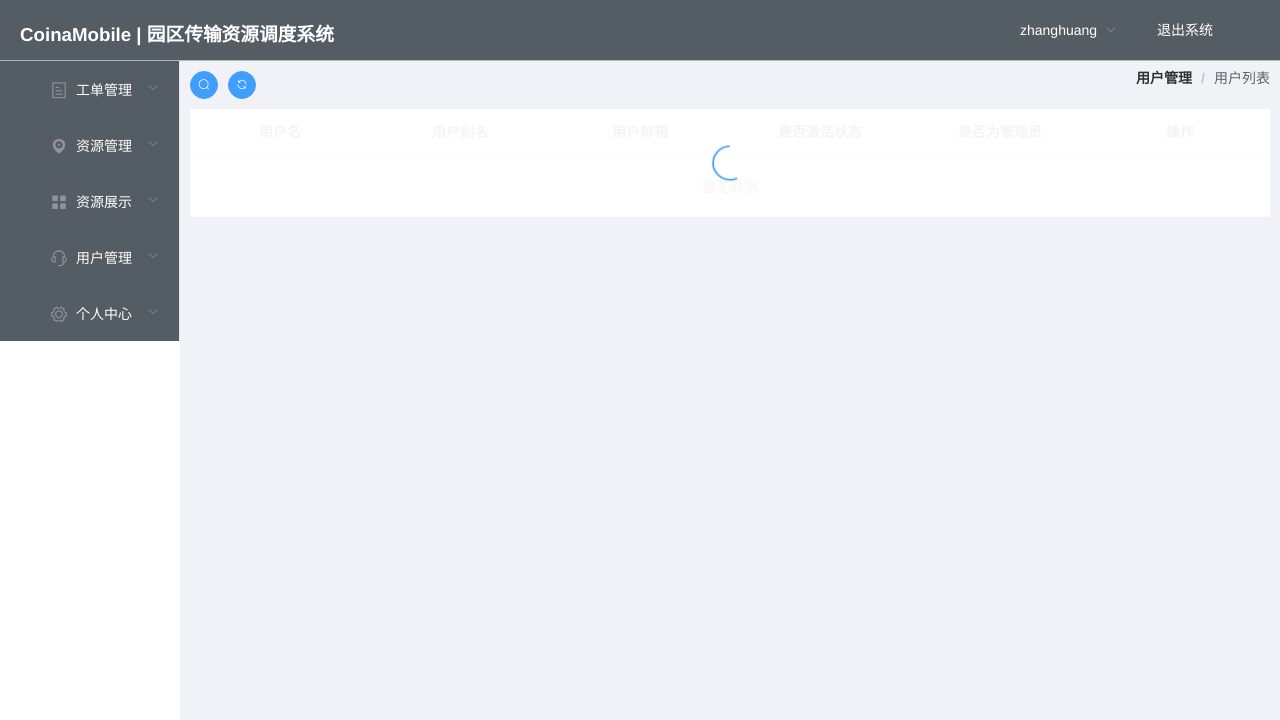
Repository: LezBaishi/yqpass
Page: /#/3 (app in yqpass-v1.5/frontend/)
The author's editor kept a copy of each file at every save. The page is drawn from the files as they stood at one save, then again after the next save.
The browser window is 1280 px wide. The pictures show the whole page.
The page's requests for data from a server got no answer. The project was rebuilt for these pictures with package versions that can differ from the ones it lists, and the page was loaded fresh each time. No one was signed in, and anything a server would have sent is missing. Also part of the build but not shown: yqpass-v1.5/frontend/src/components/OrderlistNew.vue, yqpass-v1.5/frontend/src/components/OrderDetailUnfinished.vue, yqpass-v1.5/frontend/src/components/OrderlistUnfinished.vue, yqpass-v1.5/frontend/src/components/OrderDetailCompleted.vue, yqpass-v1.5/frontend/src/components/OrderlistCompleted.vue, yqpass-v1.5/frontend/src/components/Orderlist.vue, yqpass-v1.5/frontend/src/components/ResCableDetail.vue, yqpass-v1.5/frontend/src/components/ResCable.vue and 13 more.

Above is the page before, as saved 2018-10-21 17:57:27.

### yqpass-v1.5/frontend/index.html
<!DOCTYPE html>
<html>
  <head>
    <meta charset="utf-8">
    <meta name="viewport" content="width=device-width,initial-scale=1.0">
    <title>zhang</title>
  </head>
  <body>
    <div id="app"></div>
    <!-- built files will be auto injected -->
  </body>
</html>

### yqpass-v1.5/frontend/src/main.js
// The Vue build version to load with the `import` command
// (runtime-only or standalone) has been set in webpack.base.conf with an alias.
import Vue from 'vue'
import App from './App'
import router from './router'
import ElementUI from 'element-ui'
import 'element-ui/lib/theme-chalk/index.css'
import $ from 'jquery'
import store from './store/store'

import './axios/'
import Axios from 'axios'
Axios.defaults.withCredentials = true
Vue.prototype.$http = Axios


Vue.use(ElementUI)
Vue.config.productionTip = false

/* eslint-disable no-new */
new Vue({
  el: '#app',
  store,
  router,
  components: { App },
  template: '<App/>'
})

### yqpass-v1.5/frontend/src/store/store.js
// The Vue build version to load with the `import` command
// (runtime-only or standalone) has been set in webpack.base.conf with an alias.
import Vue from 'vue'
import Vuex from 'vuex'

import mutations from './mutations';
import * as actions from './actions';
import * as getters from './getters';

Vue.use(Vuex);

import cookie from '../static/js/cookie'

const userInfo = {
	name:cookie.getCookie('name')||'',
	token:cookie.getCookie('token')||''
}

const state = {
	userInfo
}

export default new Vuex.Store({
	state,
	mutations,
	actions,
	getters
});

### yqpass-v1.5/frontend/src/components/Layout.vue
<template lang="html">
  <el-row class="panel">
    <el-row class="top">
      <el-col :span='24' class="panel-top">
        <el-col style="width:480px; padding-left:20px; height: 100%;align-items: flex-end;">
          <!-- <img src="../assets/logo1.png"  alt="log" class="img" /> -->
          <h3 style="color:#ffffff;">{{ msg }}</h3>
        </el-col>
        <el-col class='rightbar'>
          <el-menu mode="horizontal" @select="handleSelect" background-color="#545c64" text-color="#fff" active-text-color="#ffd04b">
            <el-submenu>
              <template slot="title">zhanghuang</template>
              <el-menu-item index="1">个人中心</el-menu-item>
            </el-submenu>
            <el-menu-item index="2">退出系统</el-menu-item>
          </el-menu>
            <!-- <el-dropdown trigger="click"  placement="bottom-end" v-if="userInfo.name">
            <span class="el-dropdown-link" v-model="name" style="cursor: pointer;font-weight:700l;font-size:15px;">
              欢迎您： {{userInfo.name}}<i class="el-icon-caret-bottom el-icon--right"></i>
            </span>
            <el-dropdown-menu slot="dropdown">
              <el-dropdown-item @click.native="toPersonCenter">个人中心</el-dropdown-item>
              <el-dropdown-item @click.native="toLogin">退出登录</el-dropdown-item>
            </el-dropdown-menu>
          </el-dropdown>
          <el-dropdown trigger="click" placement="top" v-else>
            <span class="el-dropdown-link" v-model="name" style="cursor: pointer;font-weight:700l;font-size:15px;">
              您好，请先登录<i class="el-icon-caret-bottom el-icon--right"></i>
            </span>
            <el-dropdown-menu slot="dropdown">
              <el-dropdown-item @click.native="firstLogin">前往登录</el-dropdown-item>
              <el-dropdown-item @click.native="firstRes">前往注册</el-dropdown-item>
            </el-dropdown-menu>
          </el-dropdown>             -->
        </el-col>
      </el-col>
    </el-row>
    <!-- <el-row class="top-nav">
      <el-col :span=10 :push="3">
          <el-tabs v-model="activeName" :stretch="true" @tab-click="handleClick" type="border-card">
          	<el-tab-pane v-for="(item, index) in label_list" :key="index" :label="item.title" :name="index">{{ item.title }}</el-tab-pane>
          </el-tabs>
      </el-col>
    </el-row> -->
    <!-- <el-row class="panel-center">
      <router-view></router-view>
    </el-row>
  </el-row> -->
  <el-row class="sidebar">
    	<el-col>
        <el-menu router default-active="2" @open="handleOpen" @close="handleClose" background-color="#545c64" text-color="#fff" active-text-color="#ffd04b">
          <el-submenu index="1">
            <template slot="title">
              <i class="el-icon-tickets"></i>
              <span>工单管理</span>
            </template>
            <el-menu-item index="/0/orderNew">新建工单</el-menu-item>
            <el-menu-item index="/0/orderUnfinished">待办工单</el-menu-item>
            <el-menu-item index="/0/orderCompleted">已办工单</el-menu-item>
          </el-submenu>
          <el-submenu index="2">
            <template slot="title">
              <i class="el-icon-location"></i>
              <span>资源管理</span>
            </template>
            <el-menu-item index="/1/resCable">光缆总表</el-menu-item>
            <el-menu-item index="/1/resCircuit">已用电路</el-menu-item>
          </el-submenu>
          <el-submenu index="3">
            <template slot="title">
              <i class="el-icon-menu"></i>
              <span>资源展示</span>
            </template>
          </el-submenu>
          <el-submenu index="4">
            <template slot="title">
              <i class="el-icon-service"></i>
              <span>用户管理</span>
            </template>
            <el-menu-item index="/3/userList">用户列表</el-menu-item>
            <el-menu-item index="/3/roleList">角色列表</el-menu-item>
            <el-menu-item index="/3/deptList">部门列表</el-menu-item>
          </el-submenu>
          <el-submenu index="5">
            <template slot="title">
              <i class="el-icon-setting"></i>
              <span>个人中心</span>
            </template>
            <el-menu-item index="/personcenter/infor">个人信息</el-menu-item>
            <el-menu-item index="/personcenter/changepass">修改密码</el-menu-item>
          </el-submenu>
        </el-menu>
      </el-col>
    </el-row>
    <el-row class="panel-c-c">
      <el-col>
      	<router-view></router-view>
      </el-col>
    </el-row>
    </el-row>
  </div>
</template>

<script>
import Orderlist from '../components/Orderlist'
import Resmanagement from '../components/Resmanagement'
import PersonCenter from '@/components/PersonCenter'
import { logout,getUserDetail } from '../api/api'
import { mapGetters } from 'vuex';
export default {
  components: {
  	Orderlist,
  	Resmanagement,
  	PersonCenter
  },
  data () {
    return {
      activeName: '0',
      msg: 'CoinaMobile | 园区传输资源调度系统',
      label_list: [
        {
          title: '工单管理',
        },
        {
          title: '资源管理',
        },
        {
          title: '资源展示',
        },
        {
          title: '用户管理',
        }
      ]
    }
  },
  computed: {
  	...mapGetters({
  		userInfo: 'userInfo'
  	})
  },
  methods: {
    handleClick (tab, event) {
      console.log(tab, event);
      let urlStr = '/' + this.activeName;
      this.$router.push(urlStr);
    },
    toPersonCenter () {
	  	  getUserDetail({}).then((response)=> {
	  		if (response.data.code == 1) {
	  			this.$router.push({path: '/personcenter'})
	  		}else{
	  			return response.data.msg
	  		}
	  	})
    },
    handleSelect(key, keyPath) {
      console.log(key, keyPath);
      if (key == 1) {
        getUserDetail({}).then((response)=> {
	  		if (response.data.code == 1) {
	  			this.$router.push({path: '/personcenter'})
	  		}else{
	  			return response.data.msg
	  		}
	  	})
      }
      if (key == 2) {
        this.$confirm('是否确定退出系统', '提示', {
    		confirmButtonText: '确定',
    		cancelButtonText: '取消',
    		type: 'warning'
    	}).then(() => {
		  	  logout({}).then((response)=> {
		  		console.log(response);
		  		if (response.data.code == 1) {
    				this.$router.push({path: '/login'})
		  		}else{
		  			return response.data.msg
		  		}
		  	})
    	}).catch(() => {
    	});
      }
    },
    toLogin () {
    	this.$confirm('是否确定退出系统', '提示', {
    		confirmButtonText: '确定',
    		cancelButtonText: '取消',
    		type: 'warning'
    	}).then(() => {
		  	  logout({}).then((response)=> {
		  		console.log(response);
		  		if (response.data.code == 1) {
    				this.$router.push({path: '/login'})
		  		}else{
		  			return response.data.msg
		  		}
		  	})
    	}).catch(() => {

    	});
    },
    firstLogin () {
    	this.$router.push({path: '/login'})
    },
    firstRes () {
    	this.$router.push({path: '/reg'})
    }
  }
}
</script>

<!-- Add "scoped" attribute to limit CSS to this component only -->
<style lang="css" scoped>
.panel {
  position:absolute;
  top:0;
  bottom: 5px;
  left: 0;
  right: 0;
  background:#ffffff;
}
.panel-top {
  display: flex;
  justify-content: space-between;
  height: 60px;
  background: #545c64;
  /* color: #c0ccda; */
  text-align: left;
  /* padding-left: 70px; */
}
.img{
  height:60px;
  left:0px;
  top:0px;
}
.rightbar {
  width: 280px;
  /* text-align: right; */
  /* padding-right: 20px; */
  /* line-height:50px; */
  /* align-items: center; */
  /* justify-content: flex-end; */
}
.top-nav {
	height: 40px;
}
.panel-center {
  background: #545c64;
  position: absolute;
  top: 60px;
  bottom: 0px;
  width: 100%;
  margin: auto 0;
    /*最外层要hidden*/
    /*这是行，绝对定位之后没有宽度因此必须设置width*/
}
.breadcrumb {
  margin-bottom: 10px;
}
.button_nav {
  margin-bottom: 10px;
}
.sidebar {
	position: fixed;
  top: 60px;
  bottom: 0px;
  left: 0px;
  width: 180px;
  border-top: 1px solid RGBA(178,184,190,1);
  z-index: 2000;
  overflow-x: scroll;
}
/* .el-menu-item {
  height: 100px;
  line-height: 50px;
  padding: 0 45px;
  min-width: 200px;
  font-size: 14px;
} */
.panel-c-c {
    /*这是列，因为已经有了列的宽度因此无需设置width*/
  background: #f1f2f7;
  position: fixed;
  top: 60px;
  bottom: 0px;
  left: 180px;
  right: 0px;
  border-top: 1px solid RGBA(178,184,190,1);
  overflow-y: scroll;
    /*内层设置滚动*/
  padding: 10px;
}
</style>

### yqpass-v1.5/frontend/src/components/Usermanagement.vue
<template lang="html">
  <div>
  	<el-row class="sidebar">
  	<el-col>
        <!-- <el-menu router :default-active="$route.path" theme="dark">
          <el-submenu>
            <template slot="title">用户管理</template>
            <el-menu-item index="/3/userList">用户列表</el-menu-item>
            <el-menu-item index="/3/roleList">角色列表</el-menu-item>
            <el-menu-item index="/3/deptList">部门列表</el-menu-item>
          </el-submenu>
        </el-menu> -->
        <el-menu router default-active="2" class="el-menu-vertical-demo" @open="handleOpen" @close="handleClose" background-color="#545c64" text-color="#fff" active-text-color="#ffd04b">
            <el-submenu index="1">
              <template slot="title">
                <i class="el-icon-tickets"></i>
                <span>工单管理</span>
              </template>
              <el-menu-item index="/0/orderNew">新建工单</el-menu-item>
              <el-menu-item index="/0/orderUnfinished">待办工单</el-menu-item>
              <el-menu-item index="/0/orderCompleted">已办工单</el-menu-item>
            </el-submenu>
            <el-submenu index="2">
              <template slot="title">
                <i class="el-icon-location"></i>
                <span>资源管理</span>
              </template>
              <el-menu-item index="/1/resCable">光缆总表</el-menu-item>
              <el-menu-item index="/1/resCircuit">已用电路</el-menu-item>
            </el-submenu>
            <el-submenu index="3">
              <template slot="title">
                <i class="el-icon-menu"></i>
                <span>资源展示</span>
              </template>
            </el-submenu>
            <el-submenu index="4">
              <template slot="title">
                <i class="el-icon-service"></i>
                <span>用户管理</span>
              </template>
              <el-menu-item index="/3/userList">用户列表</el-menu-item>
              <el-menu-item index="/3/roleList">角色列表</el-menu-item>
              <el-menu-item index="/3/deptList">部门列表</el-menu-item>
            </el-submenu>
            <el-submenu index="5">
              <template slot="title">
                <i class="el-icon-setting"></i>
                <span>个人中心</span>
              </template>
              <el-menu-item index="/personcenter/infor">个人信息</el-menu-item>
              <el-menu-item index="/personcenter/changepass">修改密码</el-menu-item>
            </el-submenu>
          </el-menu>
      </el-col>
    </el-row>
    <el-row class="panel-c-c">
      <el-col>
      	<router-view></router-view>
      </el-col>
    </el-row>
  </div>
</template>

<script>
import UserList from '../components/UserList'
import RoleList from '../components/RoleList'
import DeptList from '../components/DeptList'
export default {
  components: {
  	UserList,
  	RoleList,
  	DeptList
  },
  data () {
    return {

    }
  },
  methods: {

  }
}
</script>

<!-- Add "scoped" attribute to limit CSS to this component only -->
<style lang="css" scoped>
.container {
	position: absolute;
  	height: 100%;
  	width: 100%;
}
.sidebar {
	position: fixed;
  top: 60px;
  bottom: 0px;
  left: 0px;
  width: 180px;
  border-top: 1px solid RGBA(178,184,190,1);
  z-index: 2000;
  overflow-x: scroll;
  /* height: 100%;
  width: 100%; */
  /* display: flex; */
  /* flex: 1; */
}
.panel-c-c {
    /*这是列，因为已经有了列的宽度因此无需设置width*/
  background: #f1f2f7;
  position: fixed;
  top: 60px;
  bottom: 0px;
  left: 180px;
  right: 0px;
  /* width: 100%; */
  border-top: 1px solid RGBA(178,184,190,1);
  /* position: relative;
  margin-top: 80px;
  margin-left: 180px;
  margin: auto; */
  /* height: calc(100% - 60px);
  top: 0px;
  bottom: 0px; */
  /* height: 100%; */
  overflow-y: scroll;
    /*内层设置滚动*/
  padding: 10px;
}
</style>

### yqpass-v1.5/frontend/src/components/UserList.vue
<template lang="html">
  <div>
  	<el-row class="container">
      	<el-row v-if="seen" class="order_menu">
      		<el-form ref="search_form" :model="search_form" label-width="80px">
       		<el-row>
       			<h2 style="font-size:22px;">搜索用户</h2>
      			<el-col :offset="3" :span="8">
      				<el-form-item label="用户名" prop="userName">
      					<el-input v-model="search_form.userName" placeholder="请输入用户名" clearable></el-input>
      				</el-form-item>
      			</el-col>
      			<el-col :push="2" :span="8">
      				<el-form-item label="用户邮箱" prop="userEmail">
      					<el-input v-model="search_form.userEmail" placeholder="请输入用户邮箱" clearable></el-input>
      				</el-form-item>
      			</el-col>
	      	</el-row>
	      	<el-row>
	      		<el-col :offset="3" :span="8">
	      			<el-form-item label="用户别名" prop="userAlias">
	      				<el-input v-model="search_form.userAlias" placeholder="请输入用户别名" clearable></el-input>
	      			</el-form-item>
	      		</el-col>
	      		<el-col :push="2" :span="8">
	      			<el-form-item label="用户类型" prop="userCate">
	      				<el-select v-model="search_form.userCate" placeholder="请选择用户类型" style="width:100%;">
	      					<el-option label="所有用户" name="type" value="all"></el-option>
							<el-option label="一般用户" name="type" value="general"></el-option>
							<el-option label="管理用户" name="type" value="admin"></el-option>
	      				</el-select>
	      			</el-form-item>
	      		</el-col>
	      	</el-row>
	      	<el-row justify="space-around">
	      		<el-form-item>
	      			<el-col :push="9" :span="2">
						<el-button type="primary" size="medium" @click="searchOrder">搜索</el-button>
					</el-col>
					<el-col :push="9" :span="2">
						<el-button type="" size="medium" @click="resetForm('search_form')">重置</el-button>
					</el-col>
				</el-form-item>
	      	</el-row>
	      </el-form>
      	</el-row>
        <el-row>
          <el-col :span='12' class="button_nav">
          	<el-button type="primary" icon="el-icon-search" size="mini" circle style='float: left;' @click="searchBtn"></el-button>
           	<el-button type="primary" icon="el-icon-refresh" size="mini" circle style='float: left;' @click="refreshBtn"></el-button>
          </el-col>
          <el-col :span='12' class="breadcrumb">
            <el-breadcrumb separator="/" style='float: right;'>
              <el-breadcrumb-item :to="{ path: '/3/userList' }">用户管理</el-breadcrumb-item>
              <el-breadcrumb-item>用户列表</el-breadcrumb-item>
            </el-breadcrumb>
          </el-col>
        </el-row>
        <el-row>
        	<el-table :data="tableData" v-loading="loading">
  				<template v-for="column in tableColumns">
	  			<el-table-column header-align="center"
	  				:label="column.label"
	  				:prop="column.prop">
	  			</el-table-column>
  				</template>
  			<el-table-column
            	label="操作"
            	prop="" header-align="center">
            	<template slot-scope="scope">
					<el-button type="primary" circle size="mini" icon="el-icon-view" @click="onBtnDetailClick(scope.$index, tableData)"></el-button>
					<el-button type="danger" circle size="mini" icon="el-icon-delete" @click="onBtnDeleteClick(scope.$index, tableData)"></el-button>
            	</template>
       		 </el-table-column>
  			</el-table>
		</el-row>
		<el-row>
			<el-pagination class="pageView" v-if="paginationShow" background @size-change="handleSizeChange" @current-change="handleCurrentChange" :page-sizes="pageSizeList" :page-size="pageSize" layout="total,sizes,prev,pager,next" :page-count="pageCount" :total="totalCount">
			</el-pagination>
		</el-row>
    </el-row>
  </div>
</template>

<script>
import UserListDetail from '../components/UserListDetail'
import { getUserList,deleteUser } from '../api/api'
export default {
  data () {
    return {
		tableData: [],
		loading: true,
		pageNo: 1,
		totalPage: 0,
		totalCount: 0,
		pageCount: 10,
		paginationShow: false,
		pageSize: 10,
		pageSizeList: [5, 10, 15, 20],
		tableColumns: [
			{ label: '用户名', prop: 'username'},
			{ label: '用户别名', prop: 'alias' },
			{ label: '用户邮箱', prop: 'email'},
			{ label: '是否激活状态', prop: 'active'},
			{ label: '是否为管理员', prop: 'admin'}
		],
    	seen: false,
    	search_form: [
    	{
    		userName: '',
    		userEmail: '',
    		userAlias: '',
    		userCate: '',
    	}]
    }
  },
  methods: {
	searchBtn () {
		if (this.$data.seen == false){
			this.$data.seen = true;
		}else {
			this.$data.seen = false;
		}
	},
	refreshBtn () {
		this.getUserAllList();
	},
  searchOrder () {
		this.$data.seen = false;
		let paramsData = {};
		paramsData["username"] = this.search_form.userName;
		paramsData["email"] = this.search_form.userEmail;
		paramsData["alias"] = this.search_form.userAlias;
		paramsData["category"] = this.search_form.userCate;
		paramsData["per_page"] = this.pageSize;
		paramsData["page"] = this.pageNo;
		getUserList({params : paramsData}).then((response)=> {
			console.log(response)
			if (response.data.code == 1) {
				this.loading = false;
				let list = response.data.data.value;
				console.log(list);
				this.tableData = [];
				for (var i=0; i<list.length; i++) {
					this.tableData.push({
						username: list[i].username,
						alias: list[i].alias,
						email: list[i].email,
						active: list[i].active,
						admin: list[i].admin,
						id: list[i].id
					})
				};
			}
		})
  	},
  	resetForm(formName) {
		this.search_form = [
    	{
    		userName: '',
    		userEmail: '',
    		userAlias: '',
    		userCate: '',
    	}];
	},
	getUserAllList() {
		let paramsData = {};
		paramsData["category"] = "all";
		paramsData["per_page"] = this.pageSize;
		paramsData["page"] = this.pageNo;
		getUserList({params : paramsData}).then((response)=> {
			console.log(response);
			this.loading = false;
			if (response.data.code == 1)	{
				let list = response.data.data.value;
				console.log(list);
				this.tableData = [];
				for (var i=0; i<list.length; i++) {
					this.tableData.push({
						username: list[i].username,
						alias: list[i].alias,
						email: list[i].email,
						active: list[i].active,
						admin: list[i].admin,
						id: list[i].id
					}),
					this.tableData[i].active==true?this.tableData[i].active='激活':this.tableData[i].active='未激活';
					this.tableData[i].admin==true?this.tableData[i].admin='管理员':this.tableData[i].admin='普通用户';
				};
				console.log(this.tableData);
				this.totalCount = response.data.data.total
				console.log(this.totalCount)
				this.totalPage = Math.ceil(response.data.data.total/this.pageSize)
			console.log(this.totalPage)
			if (this.totalPage > 1) {
				this.paginationShow = true;
			}
			}
		})
	},
	handleSizeChange(val) {
  		console.log('每页' + val + '条');
  		var pageSize = `${val}`
  		this.pageSize = parseInt(pageSize)
  		this.$nextTick(() => this.getUserAllList())
  	},
  	handleCurrentChange(val) {
  		console.log(`当前页:`+val);
  		this.pageNo = val
  		this.getUserAllList()
  	},
	onBtnDetailClick (index, rows) {
		let rowValue = JSON.parse(JSON.stringify(rows[index]));
		this.$router.push({path: '/3/UserListDetail', query: {id: rowValue.id}})
	},
	onBtnDeleteClick (index, rows) {
		this.$confirm('是否确定删除该用户', '提示', {
        confirmButtonText: '确定',
        cancelButtonText: '取消',
        type: 'warning'
      }).then(() => {
		let rowValue = JSON.parse(JSON.stringify(rows[index]));
		console.log(rowValue);
		var that = this;
		let json = {};
		json["user_id"] = rowValue.id;
		var params = JSON.stringify(json);
		deleteUser(params).then((response)=> {
			if (response.data.code == 1) {
				this.$notify({
					title: '提示',
					message: '删除成功',
					type: 'success',
					duration: 1500
				});
				this.getUserAllList();
			}
		})
      }).catch(() => {

      });
	}
  },
  created () {
	this.getUserAllList();
  }
}
</script>

<!-- Add "scoped" attribute to limit CSS to this component only -->
<style lang="css" scoped>
.container {
  height: 100%;
  width: 100%;
}
.breadcrumb {
  margin-bottom: 10px;
}
.button_nav {
  margin-bottom: 10px;
}
.order_menu {
  -webkit-border-radius: 5px;
  border-radius: 5px;
  -moz-border-radius: 5px;
  background-color: #F9FAFC;
  margin: 10px auto 10px auto ;
  border: 2px solid #8492A6;
  padding: 0px 10px 0px 10px;
}
.pageView {
	height: 30px;
	display: flex;
	flex-direction: row;
	align-items: center;
	justify-content: center;
}
</style>

### yqpass-v1.5/frontend/src/store/mutations.js
import * as types from './mutation-types';
import cookie from '../static/js/cookie';
// 类似于事件 每个mutation都有字符类型的事件类型和回调函数
//全局引入vue
import Vue from 'vue';
import Axios from 'axios';
Vue.prototype.$http = Axios

export default {
    [types.SET_INFO] (state) {
        state.userInfo = {
            name:cookie.getCookie('name'),
        }
        console.log(state.userInfo);
    },

}

### yqpass-v1.5/frontend/src/store/actions.js
import * as types from './mutation-types';
// 提交mutation
function makeAction (type) {
  return ({ commit }, ...args) => commit(type, ...args);
};

export const setInfo = makeAction(types.SET_INFO);

### yqpass-v1.5/frontend/src/store/getters.js
export const userInfo = state => {
	return state.userInfo;
}

### yqpass-v1.5/frontend/src/static/js/cookie.js
//设置cookie,增加到vue实例方便全局调用
//vue全局调用的理由是，有些组件所用到的接口可能需要session验证，session从cookie获取
//当然，如果session保存到vuex的话除外
//全局引入vue
var cookie={
  setCookie (c_name, value, expiredays){
    var exdate = new Date();
    exdate.setTime(exdate.getTime()+expiredays);
    exdate.setDate(exdate.getDate() + expiredays);
    document.cookie = c_name + "=" + escape(value) + ((expiredays == null) ? "" : ";expires=" + exdate.toGMTString());
  },
  getCookie(name){
    var arr, reg = new RegExp("(^| )" + name + "=([^;]*)(;|$)");
    if (arr = document.cookie.match(reg))
      return (arr[2]);
    else
      return null;
    },
  delCookie(name){
    var exp = new Date();
    exp.setTime(exp.getTime() - 1);
    var cval = cookie.getCookie(name);
    if (cval != null)
      document.cookie = name + '=; expires=Thu, 01 Jan 1970 00:00:01 GMT;';
  }
}

export default cookie;

### yqpass-v1.5/frontend/src/store/mutation-types.js
// 使用常量替代mutation事件类型。
export const SET_INFO = 'SET_INFO';

Loaded but not shown: yqpass-v1.5/frontend/src/App.vue (common file); yqpass-v1.5/frontend/src/router/index.js (178 lines, source omitted); yqpass-v1.5/frontend/src/api/api.js (133 lines, source omitted); yqpass-v1.5/frontend/src/axios/index.js (45 lines, source omitted)

After the next save:
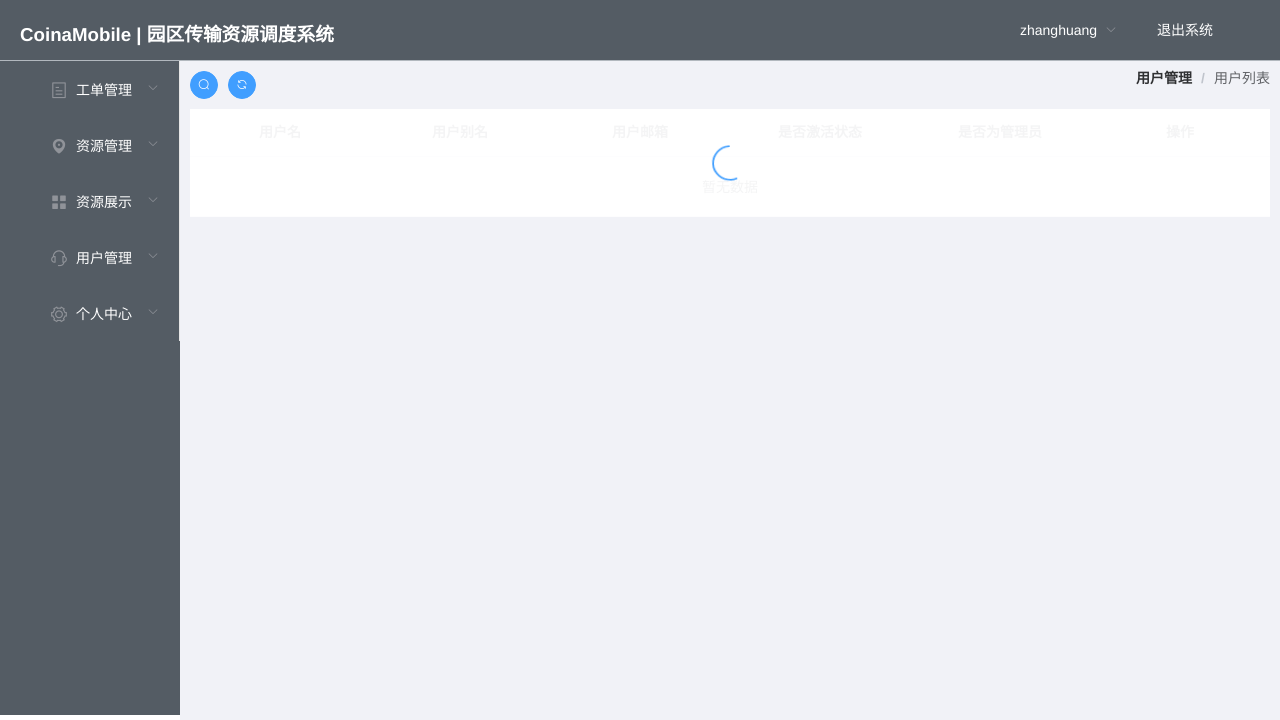
Saved 19 s later.
--- a/yqpass-v1.5/frontend/src/components/Layout.vue
+++ b/yqpass-v1.5/frontend/src/components/Layout.vue
@@ -218,7 +218,7 @@
   bottom: 5px;
   left: 0;
   right: 0;
-  background:#ffffff;
+  background:#545c64;
 }
 .panel-top {
   display: flex;
